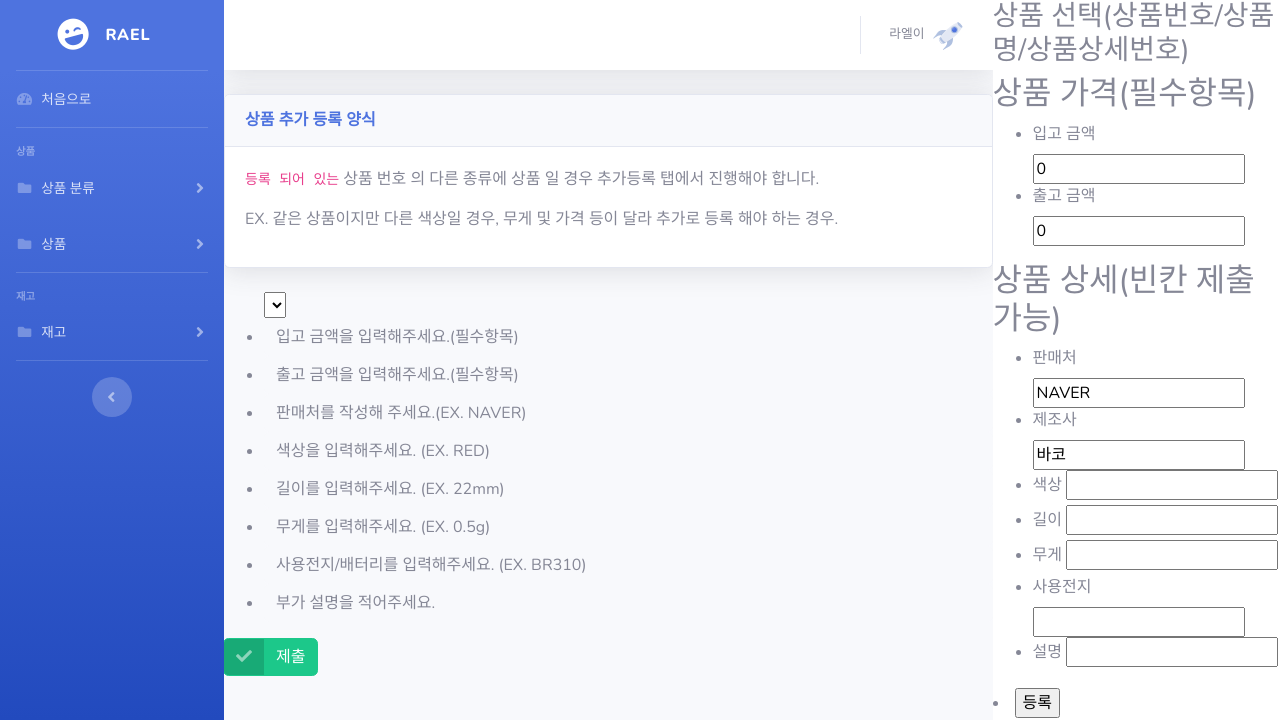
Repository: sww232/springRaelProject
Page: http://localhost/rael/WEB-INF/views/product/product_insert_detail.jsp
The author's editor kept a copy of each file at every save. The page is drawn from the files as they stood at one save, then again after the next save.
The browser window is 1280 px wide. The pictures show the whole page.
The page is served by Tomcat 9. Nobody is signed in. The template is opened directly, without the code that normally fills it, so the values that code supplies are empty.

Above is the page before, as saved 2022-10-06 23:16:44.

After the next save:
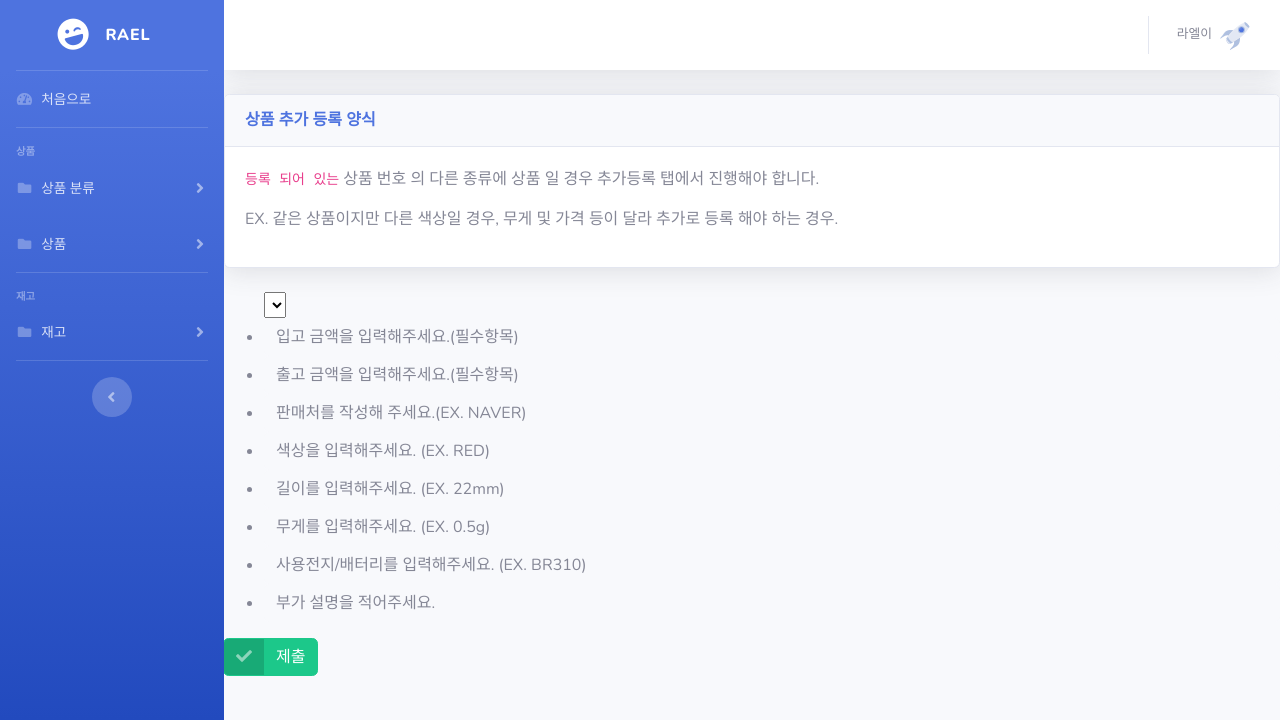
Saved 18 s later.
--- a/raelproject3/rael/src/main/webapp/WEB-INF/views/product/product_insert_detail.jsp
+++ b/raelproject3/rael/src/main/webapp/WEB-INF/views/product/product_insert_detail.jsp
@@ -391,59 +391,6 @@
 			</form>
     	</div>
 	</div>
-
-	<form method="POST" action="/product/product_insert_detail/INSERT">
-		<h3>상품 선택(상품번호/상품명/상품상세번호)</h3>
-
-		<h2>상품 가격(필수항목)</h2>
-		<ul>
-			<li>
-				<label for="product inbound price"> 입고 금액 </label>
-				<input type="number" name="product inbound price" value=0>
-			</li>
-			<li>
-				<label for="product outbound price"> 출고 금액 </label>
-				<input type="number" name="product outbound price" value=0>
-			</li>
-		</ul>
-		<h2>상품 상세(빈칸 제출 가능)</h2>
-		<ul>
-			<li>
-				<label for="product vendor"> 판매처 </label>
-				<input type="text" name="product vendor" value="NAVER">
-			</li>
-			<li>
-				<label for="product company"> 제조사 </label>
-				<input type="text" name="product company" value="바코">
-			</li>
-			<li>
-				<label for="product color"> 색상 </label>
-				<input type="text" name="product color" value="">
-			</li>
-			<li>
-				<label for="product length"> 길이 </label>
-				<input type="text" name="product length" value="">
-			</li>
-			<li>
-				<label for="product weight"> 무게 </label>
-				<input type="text" name="product weight" value="">
-			</li>
-			<li>
-				<label for="product battery"> 사용전지 </label>
-				<input type="text" name="product battery" value="">
-			</li>
-			<li>
-				<label for="product description"> 설명 </label>
-				<input type="text" name="product description" value="">
-			</li>
-		</ul>
-
-			<li>
-				<input type="submit" value="등록" class="insert">
-			</li>
-
-	</form>
-
 	<c:if test="${insertresult == 1}">
 		<script type="text/javascript">
 			alert("성공적으로 등록 하였습니다.");
